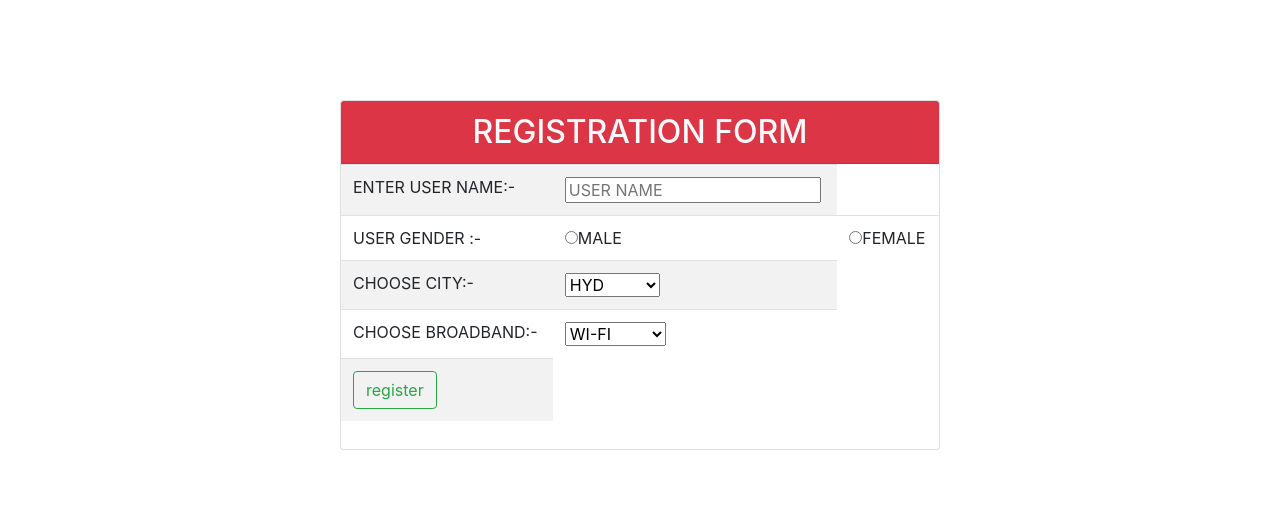
Repository: REDDI-BHARGAV/project
Page: http://localhost/PROJECT/
The author's editor kept a copy of each file at every save. The page is drawn from the files as they stood at one save, then again after the next save.
The browser window is 1280 px wide. The pictures show the whole page.
The page is served by Tomcat 9. Other server files are loaded and not shown.

Above is the page before, as saved 2022-07-26 11:41:30.

### PROJECT/src/main/webapp/index.jsp
<%@ page language="java" contentType="text/html; charset=UTF-8"
    pageEncoding="UTF-8"%>
<html>
<head>
<meta charset="ISO-8859-1">
<title>CGI</title>
<style>
#div {
	height: 350px;
	width: 600px;
	margin: auto;
	margin-top: 100px;
}
</style>
<link rel="stylesheet"
	href="https://cdn.jsdelivr.net/npm/bootstrap@4.0.0/dist/css/bootstrap.min.css"
	integrity="sha384-Gn5384xqQ1aoWXA+058RXPxPg6fy4IWvTNh0E263XmFcJlSAwiGgFAW/dAiS6JXm"
	crossorigin="anonymous">
</head>
<body class="container-fluid">
	<div class="card" id="div">
		<form action="register" method="post">
			<table class="table table-hover table-striped">
				<h2 class="card-header text-center bg-danger text-light">REGISTRATION
					FORM</h2>
				<tr>
					<td>ENTER USER NAME:-</td>
					<td><input type="text" name="name" placeholder="USER NAME" width="auto"></td>
				</tr>
				<tr>
					<td>USER GENDER :-</td>
					<td><input type="radio" name="gender" value="MALE">MALE</td>
					<td><input type="radio" name="gender" value="FEMALE">FEMALE</td>
				</tr>
				<tr>
					<td>CHOOSE CITY:-</td>
					<td><select name="location">
							<option value="hyd ">HYD</option>
							<option value="chn ">CHENNAI</option>
							<option value="pune ">PUNE</option>
							<option value="mbm ">MUMBAI</option>
					</select></td>
				</tr>
				<tr>
					<td>CHOOSE BROADBAND:-</td>
					<td><select name="broadband">
							<option value="wifi ">WI-FI</option>
							<option value="chn ">INTERNET</option>
							<option value="pune ">HOTSPOT</option>
					</select></td>
				</tr>

				<tr>
					<td ><input type="submit" value="register" class=" btn btn-outline-success"></td>
				</tr>

			</table>

		</form>

	</div>

</body>
</html>

After the next save:
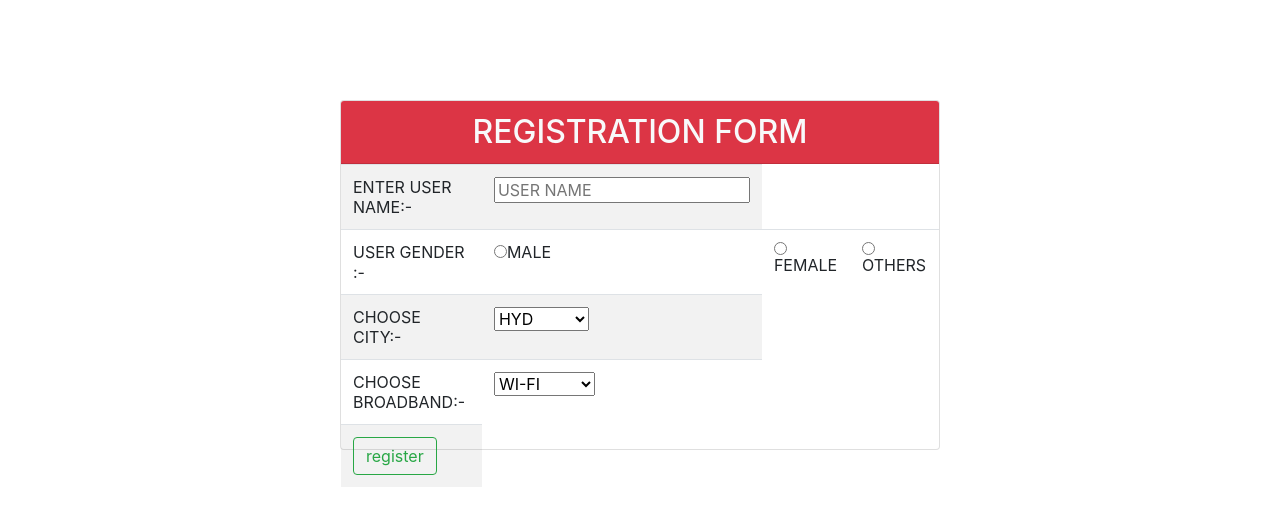
Saved 94 s later.
--- a/PROJECT/src/main/webapp/index.jsp
+++ b/PROJECT/src/main/webapp/index.jsp
@@ -31,6 +31,7 @@
 					<td>USER GENDER :-</td>
 					<td><input type="radio" name="gender" value="MALE">MALE</td>
 					<td><input type="radio" name="gender" value="FEMALE">FEMALE</td>
+					<td><input type="radio" name="gender" value="OTHERS">OTHERS</td>
 				</tr>
 				<tr>
 					<td>CHOOSE CITY:-</td>
